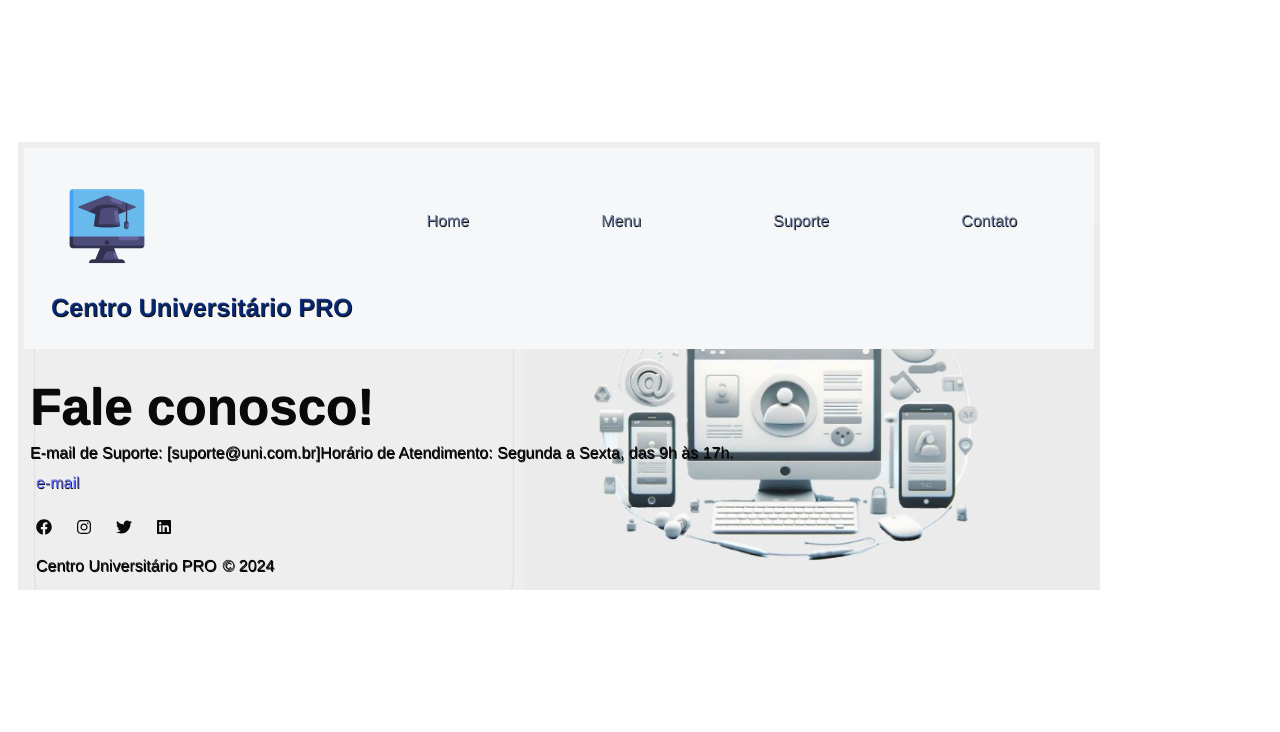
Repository: DanuziaRA/Cadastros-de-Usuarios
Page: /contact
The author's editor kept a copy of each file at every save. The page is drawn from the files as they stood at one save, then again after the next save.
The browser window is 1280 px wide. The pictures show the whole page.
The project was rebuilt for these pictures with package versions that can differ from the ones it lists, and the page was loaded fresh each time. Also part of the build but not shown: vite.config.js, src/components/Footer.css, src/router/ErrorPage.jsx, src/router/ContactDetails.jsx, src/router/Login.css, src/router/Login.jsx, src/router/Menu.jsx, src/router/Suporte.css and 10 more.

Above is the page before, as saved 2024-10-02 16:49:01.

### src/main.jsx
import { StrictMode } from 'react'
import { createRoot } from 'react-dom/client'
import App from './App.jsx'
import './index.css'

import {createBrowserRouter, RouterProvider,Navigate} from 'react-router-dom';

  import Contact from './router/Contact.jsx';
  import ErrorPage from './router/ErrorPage.jsx';
  import ContactDetails from './router/ContactDetails.jsx';
  import Login from './router/Login.jsx';
  import Menu from './router/Menu.jsx';
  import Suporte from './router/Suporte.jsx';
  import Forget from './router/Forget.jsx';
  import Atualizar from './router/Atualizar.jsx';
  import Excluir from './router/Excluir.jsx';
  import Cadastro from './router/Cadastro.jsx';
  import Cadastropj from './router/Cadastropj.jsx';
  import Cadastroprof from './router/Cadastroprof.jsx';
  import Cadastroforn from './router/Cadastroforn.jsx';
  import Cadastroaluno from './router/Cadastroaluno.jsx';


  const router = createBrowserRouter([
        {
      path: "/",
      element: <App/>,
      errorElement: <ErrorPage />,
      children: [
        {
          path: "/",
          element:<Login />,
        },
        {
          path: "suporte",
          element:<Suporte />,
        },
        {
          path: "menu",
          element:<Menu />,
        },
        {
          path: "contact",
          element:<Contact />,
        },
        //Nested routes - identificando unico
        {
          path: "/contact/id",
          element: <ContactDetails />,
        },
        {
          path: "forget",
          element: <Forget />,
        },
        {
          path: "atualizar",
          element: <Atualizar />,
        },
        {
          path: "excluir",
          element: <Excluir />,
        },
        {
          path: "cadastropf",
          element: <Cadastro />,
        },
        {
          path: "cadastropj",
          element: <Cadastropj />,
        },
        {
          path: "cadastroprof",
          element: <Cadastroprof />,
        },
        {
          path: "cadastroforn",
          element: <Cadastroforn />,
        },
        {
          path: "cadastroaluno",
          element: <Cadastroaluno />,
        },
        //Navigate para página não existentes
        {
          path: "oldcontact",
          element: <Navigate to="/contact" />,
        },
      ],
    },
    ]);


createRoot(document.getElementById('root')).render(
  <StrictMode>
    <RouterProvider router={router} />
    </StrictMode>,
);

### src/App.jsx
import './App.css'

import { Outlet } from 'react-router-dom';
import Navbar from './components/Navbar';
import Footer from './components/Footer'


function App() {
  return (
      <div className='App'>
        <Navbar />
        <h1></h1>
        <Outlet />
        <Footer />
    </div>
  );
}

export default App;

### src/router/Contact.jsx
import { Link } from "react-router-dom";

function Contact() {
    return (
    <div>
        <h1>Fale conosco!</h1>
        <p>E-mail de Suporte: [suporte@uni.com.br]Horário de Atendimento: Segunda a Sexta, das 9h às 17h.</p>

        {
            <p>
                <Link to="/contact/id">e-mail</Link>
            </p>
            }
    </div>
    );
};

export default Contact;

### src/App.css
* {
  box-sizing: border-box;
  margin: 6px;
  padding: 0px;
  font-family: Helvetica;
  font-size: 16px;
  text-shadow: #0d0d0d 0.7px 0.7px;
  color:rgb(9, 9, 9)
}
.App{
  display: flex;
  flex-direction: column;
  flex-grow: 1;
  justify-content: center;
  align-items: left;
  background-size: cover;
  background-image: url("src/assets/Fundo minimalista cadastro 4.jpg");
  background-position: center;
  }

### src/components/Navbar.jsx
import { Link } from "react-router-dom"
import logo from './../assets/LOGO novo.png'
import { Component } from "react";
import './Navbar.css';


const Navbar = () => {
    return (
    <nav className="navbar">
        <div className="navbar-logo">
        <Link to="/">
            <img src={logo} alt=""/>
            </Link>
            <h1>Centro Universitário PRO</h1>
            </div>
            <ul className="navbar-links">
            <li><a href="/">Home</a></li>
            <li><a href="/Menu">Menu</a></li>
            <li><a href="/Suporte">Suporte</a></li>
            <li><a href= "/Contact">Contato</a></li>
            </ul>
    </nav>
    )
}

export default Navbar

### src/components/Footer.jsx
import { FaFacebook, FaInstagram,FaTwitter,FaLinkedin } from "react-icons/fa"
import { Link } from "react-router-dom";
import './Footer.css';

function Footer(){
    return (
        <nav>
            <Link to="https://www.facebook.com/?locale=pt_BR">
            < FaFacebook alt=""/>
            </Link>
            <Link to="https://www.instagram.com/">
            < FaInstagram alt=""/>
            </Link>
            <Link to="/">
            < FaTwitter alt=""/>
            </Link>
            <Link to="https://www.linkedin.com.br">
            < FaLinkedin alt=""/>
            </Link>
            <p><span>Centro Universitário PRO</span>&copy; 2024</p>
            </nav>


    );

}
export default Footer

### src/router/Menu.css
nav li{
    width: 30%;
    height: 70%;
    outline: none;
    font-size: 16px;
    color: #070000;
    padding: 10px 20px;
    margin: 30px;
    }
nav li a{
    color: #7a7a7a;
    font-size: 16px;
    text-decoration: none;

}

### src/components/Navbar.css
.navbar{
    display: flex;
    justify-content: space-between;
    padding: 15px;
    align-items: left;
    background-color:rgb(245, 247, 249)

}
.navbar-logo h1{
    color: #06297ae1;
    font-size: 25px;
    align-items: center;


}
.navbar-links {
list-style-type: none;
display: flex;
gap: 20px;
align-items: left;

}
.navbar li{
    display: inline;
    }
.navbar-links li a {
    color: #67789ee1;
    text-decoration: none;
}
.navbar-links li a:hover{
    color:#ddd;
}

Loaded but not shown: index.html (common file); src/index.css (common file)

After the next save:
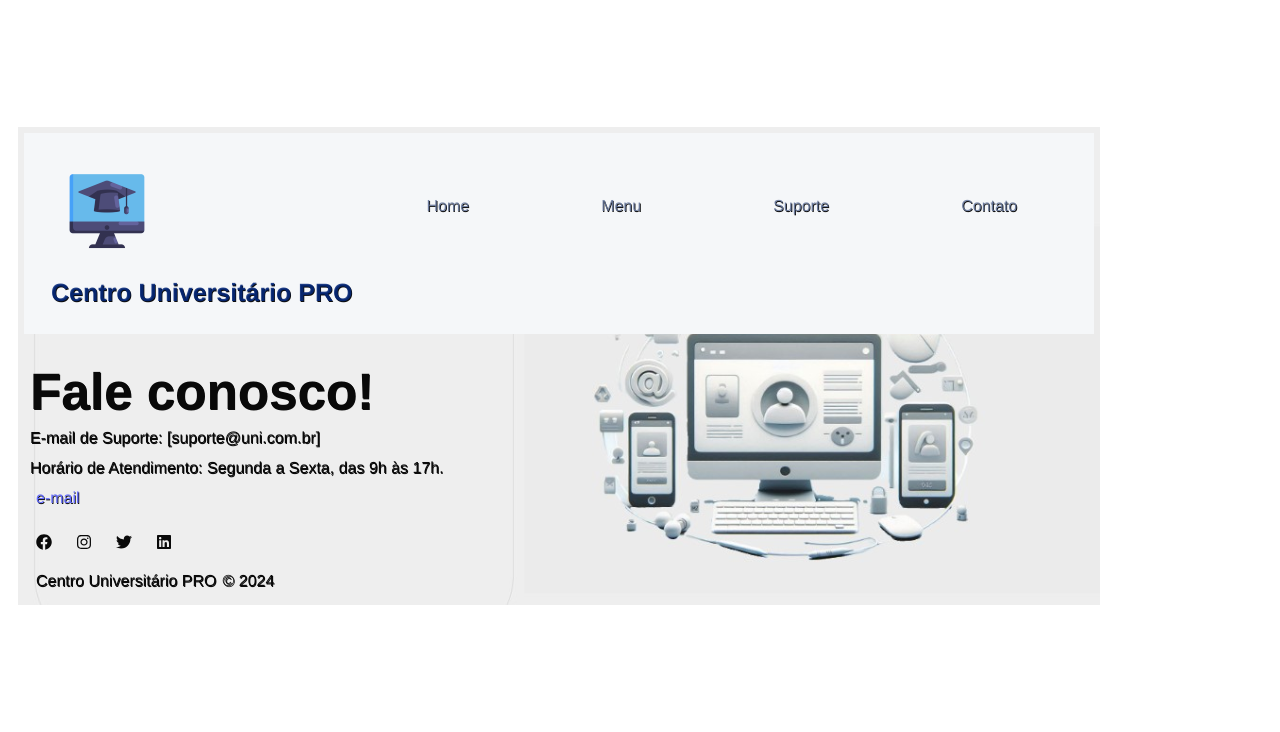
Saved 5 s later.
--- a/src/router/Contact.jsx
+++ b/src/router/Contact.jsx
@@ -4,7 +4,7 @@ function Contact() {
     return (
     <div>
         <h1>Fale conosco!</h1>
-        <p>E-mail de Suporte: [suporte@uni.com.br]Horário de Atendimento: Segunda a Sexta, das 9h às 17h.</p>
+        <p>E-mail de Suporte: [suporte@uni.com.br]</p><p>Horário de Atendimento: Segunda a Sexta, das 9h às 17h.</p>
 
         {
             <p>
